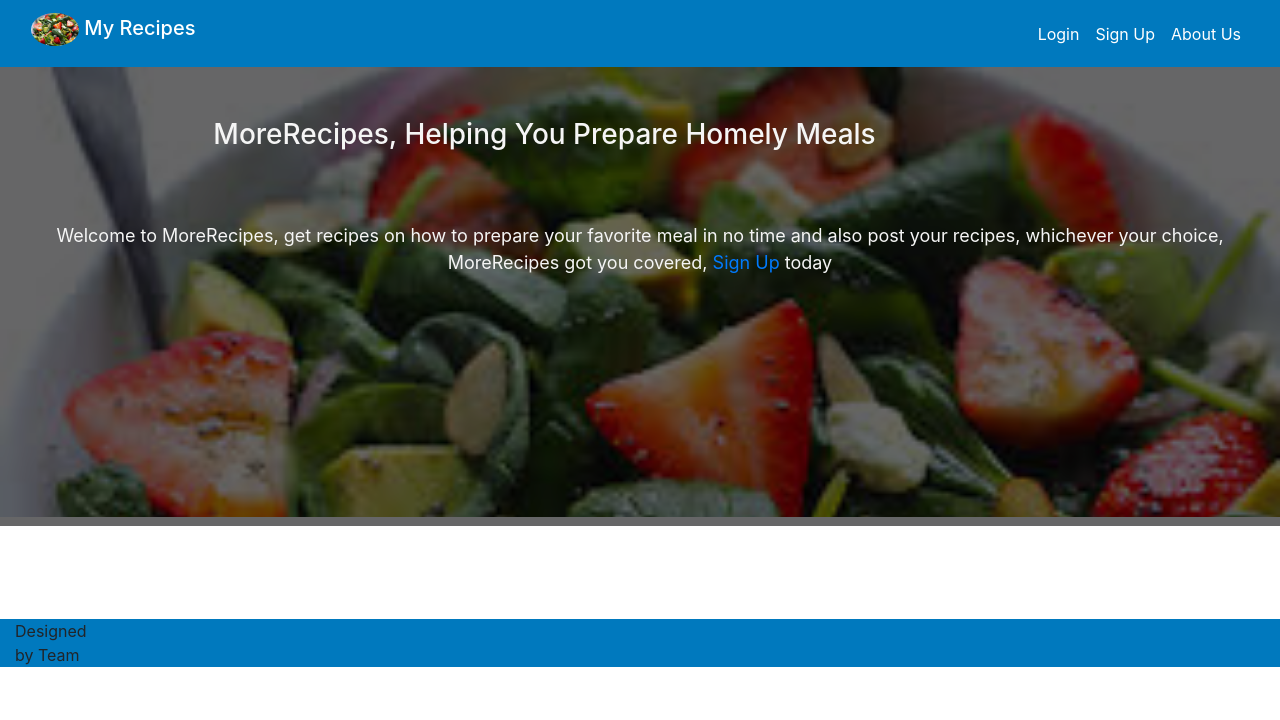
Repository: UggoPrince/more-recipes
Page: html/index.html
An editor plug-in stored every save of this project. The page is shown before and after the next save, followed by the edit.
The browser window is 1280 px wide. The pictures show the whole page.

Above is the page before, as saved 2018-07-30 07:13:04.

After the next save:
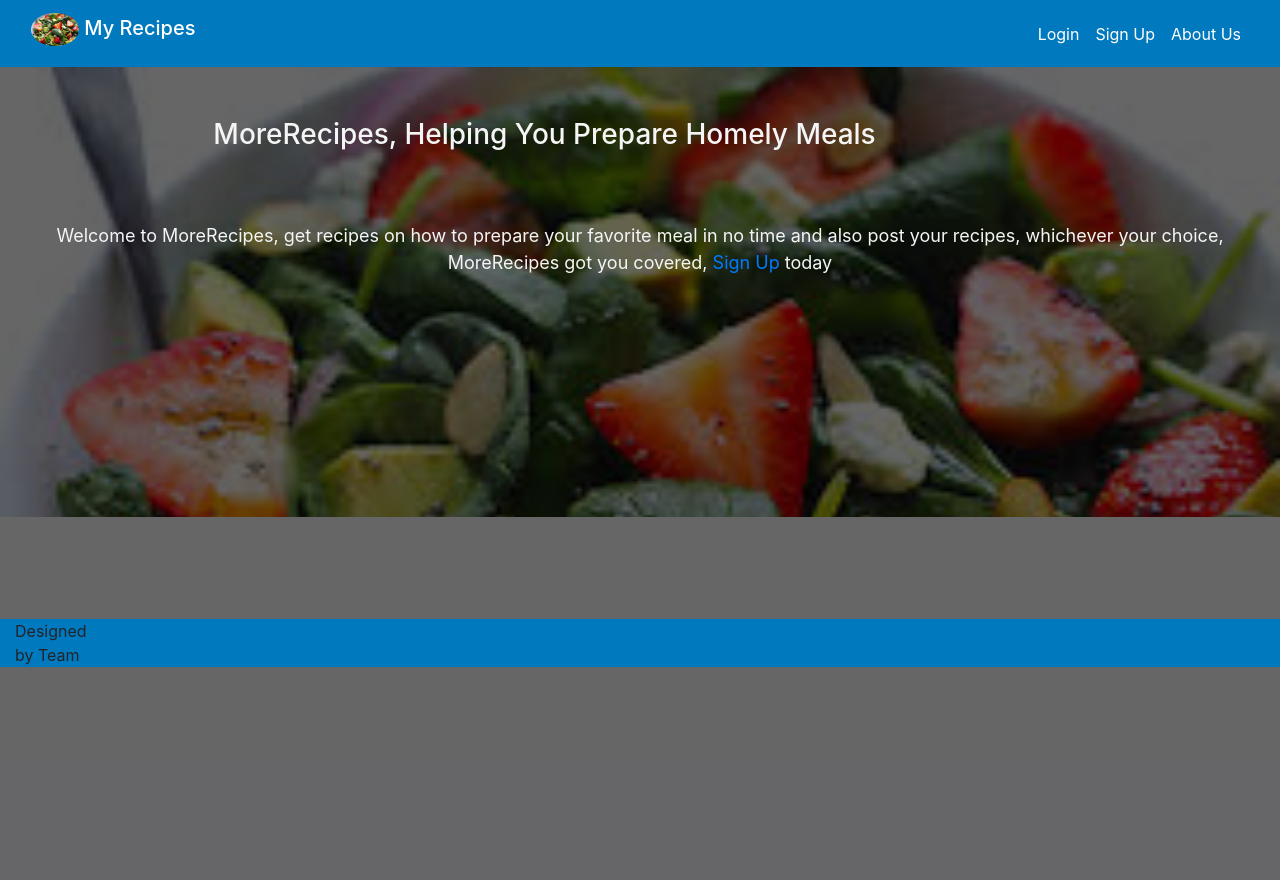
Saved 15 s later.
--- a/html/index.html
+++ b/html/index.html
@@ -60,7 +60,7 @@
         </div>
       </div>
       <center>
-        <div style="padding-top: 5%; padding-bottom: 20%; font-size: 18px;">
+        <div style="padding-top: 5%; padding-bottom: 20%; font-size: 18px; min-height: 100vh">
           Welcome to MoreRecipes, get recipes on how to prepare your favorite meal in no time and also post your recipes, whichever your choice, MoreRecipes got you covered, <a href="signup.html">Sign Up</a> today
         </div>
       </center>
